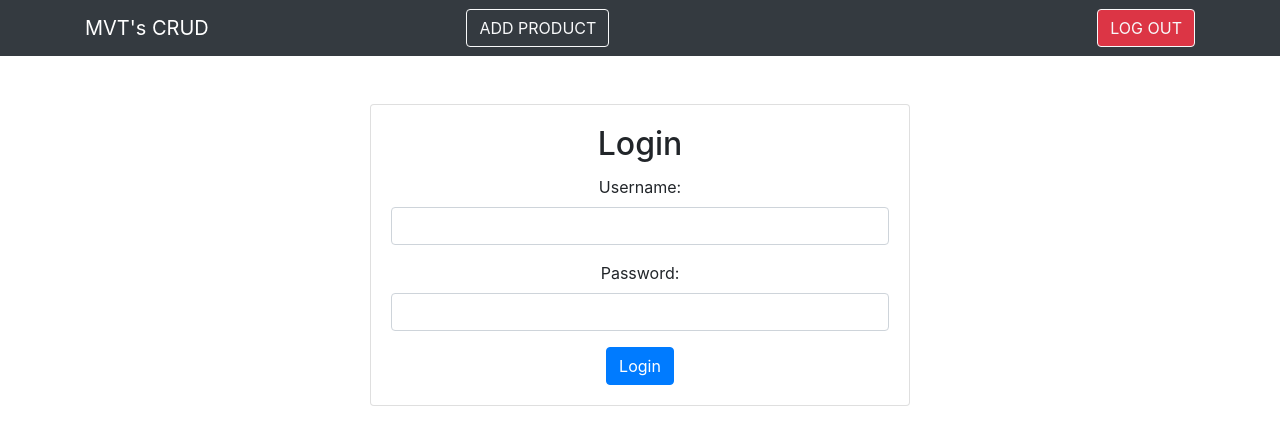
Repository: tammv/crud_product
Page: /
These files come from the project's save history. The page is drawn as it stood at one moment and after the next save; the edit follows.
The browser window is 1280 px wide. The pictures show the whole page.
The project was rebuilt for these pictures with package versions that can differ from the ones it lists, and the page was loaded fresh each time. Also part of the build but not shown: src/index.css, src/components/pages/ManageProduct.js, src/components/pages/NotFound.js, src/components/products/UpdateProduct.js, src/components/products/Product.js, src/components/products/AddProduct.js.

Above is the page before, as saved 2023-07-11 02:37:30.

After the next save:
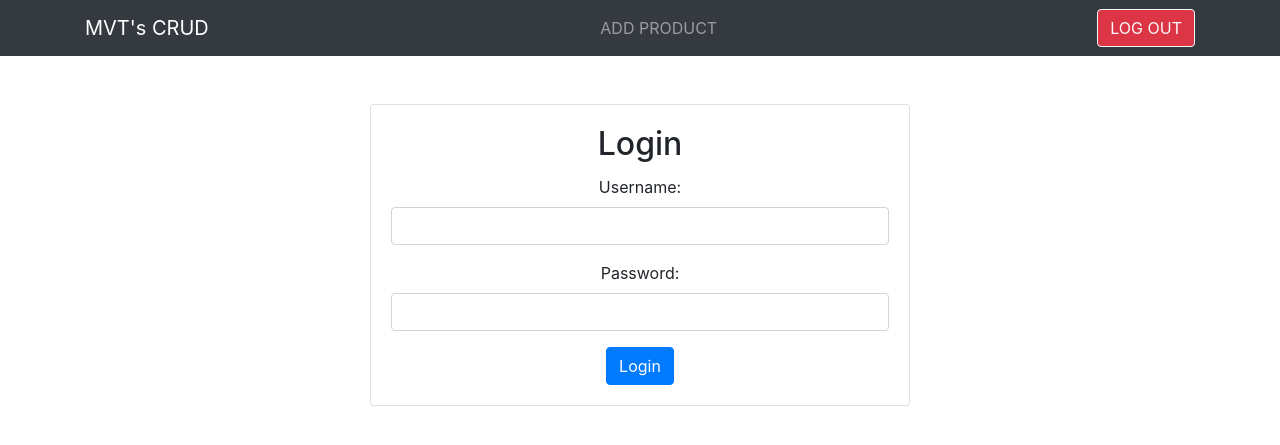
Saved 2 min 18 s later.
--- a/src/components/layout/Navbar.js
+++ b/src/components/layout/Navbar.js
@@ -27,9 +27,24 @@ const Navbar = () => {
         >
           <span className="navbar-toggler-icon"></span>
         </button>
-        <Link className="btn btn-outline-light " to="/products/add">
-          ADD PRODUCT
-        </Link>
+        {/* <div className="collapse navbar-collapse">
+          <ul className="navbar-nav mr-auto">
+            <li className="nav-item ">
+              <NavLink className="nav-link" exact to="/manage-product">
+                Home
+              </NavLink>
+            </li>
+          </ul>
+        </div> */}
+        <div className="collapse navbar-collapse">
+          <ul className="navbar-nav mr-auto ml-auto">
+            <li className="nav-item ">
+              <NavLink className="nav-link" exact to="/manage-product">
+                ADD PRODUCT
+              </NavLink>
+            </li>
+          </ul>
+        </div>
         &nbsp;
         <button className="btn btn-outline-light btn-danger" onClick={handleLogout}>
           LOG OUT
